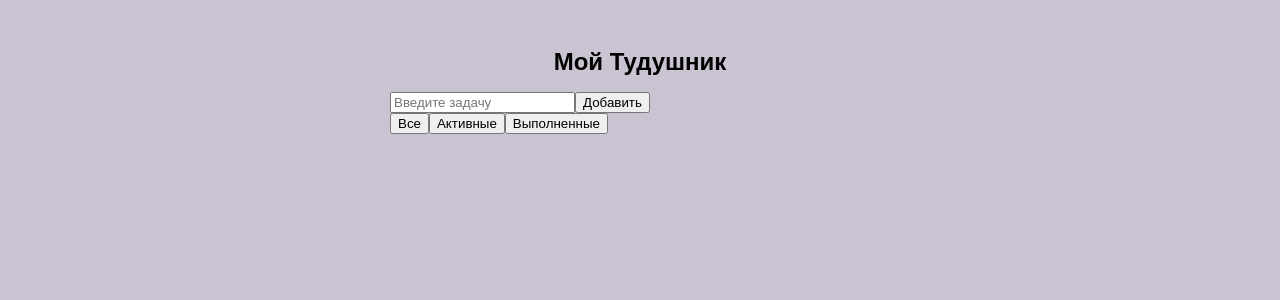
Repository: AlekCawka/-todo-project
Page: /
The author's editor kept a copy of each file at every save. The page is drawn from the files as they stood at one save, then again after a run of saves.
The browser window is 1280 px wide. The pictures show the whole page.
The project was rebuilt for these pictures with package versions that can differ from the ones it lists, and the page was loaded fresh each time. Also part of the build but not shown: vite.config.js.

Above is the page before, as saved 2025-08-06 10:58:35.

After the next 2 saves:
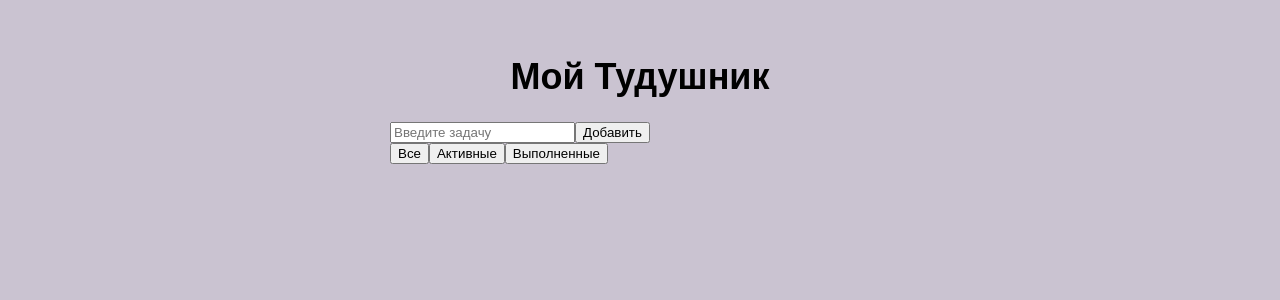
The 2 saves are shown as one change because they came seconds apart.
The last was saved 9 s later.
--- a/src/App.css
+++ b/src/App.css
@@ -13,7 +13,7 @@ body {
 
 .title {
     text-align: center;
-    font-size: 24px;
+    font-size: 36px;
 }
 /*
 .container {
